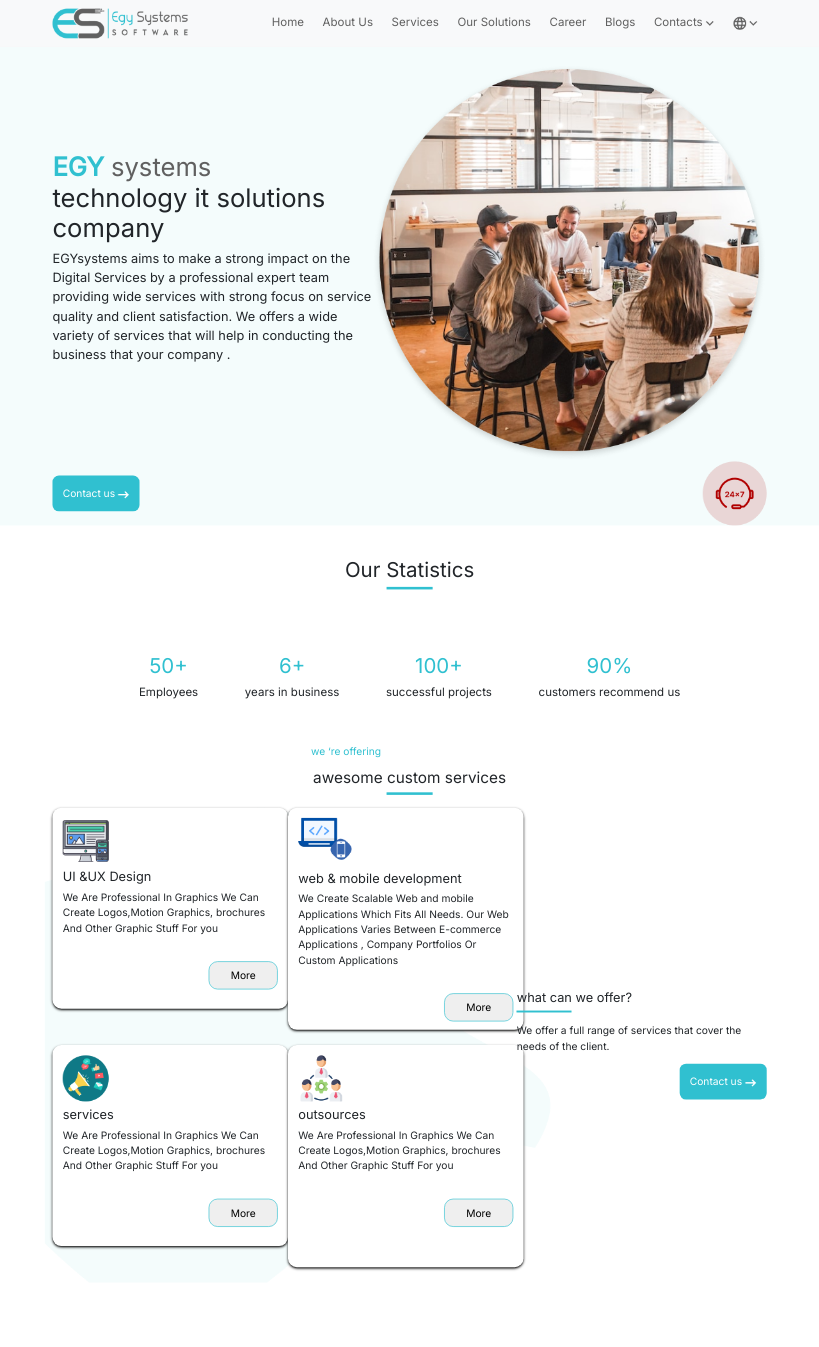
Repository: hamdyAbdelazeim/Egysystem-Home
Page: index.html
The author's editor kept a copy of each file at every save. The page is drawn from the files as they stood at one save, then again after a run of saves.
The browser window is 1280 px wide. The pictures show the whole page, at 64% of full size.

Above is the page before, as saved 2023-07-13 10:53:18.

### index.html
<!DOCTYPE html>
<html lang="en">
  <head>
    <meta charset="UTF-8" />
    <meta name="viewport" content="width=device-width, initial-scale=1.0" />
    <title>Egy Systems</title>
    <!-- google fonts  -->
    <link rel="preconnect" href="https://fonts.googleapis.com" />
    <link rel="preconnect" href="https://fonts.gstatic.com" crossorigin />
    <link
      href="https://fonts.googleapis.com/css2?family=Inter&display=swap"
      rel="stylesheet"
    />
    <!-- bootstrap -->
    <link rel="stylesheet" href="/css/bootstrap.min.css" />
    <!-- css file  -->
    <link rel="stylesheet" href="/css/style.css" />
    <link rel="stylesheet" href="/css/responsive.css" />
  </head>
  <body>
    <!-- starting  Navbar  -->
    <nav class="navbar-cust navbar navbar-expand-lg bg-light fixed-top">
      <div class="container">
        <a href="#" class="navbar-brand"
          ><img src="/assets/logo 1.png" class="logo-img" alt="logo "
        /></a>

        <button
          class="navbar-toggler"
          type="button"
          data-bs-toggle="collapse"
          data-bs-target="#navmenu"
          style="border: none; box-shadow: none"
        >
          <span class="navbar-toggler-icon"
            ><img
              width="45"
              style="padding: 0.5rem"
              src="https://upload.wikimedia.org/wikipedia/commons/thumb/b/b2/Hamburger_icon.svg/120px-Hamburger_icon.svg.png"
              alt=""
          /></span>
        </button>

        <div class="collapse navbar-collapse" id="navmenu">
          <ul class="navbar-nav cust-ul">
            <li class="nav-item">
              <a href="#Home" class="nav-link cust-link">Home</a>
            </li>
            <li class="nav-item">
              <a href="#About" class="nav-link cust-link">About Us</a>
            </li>
            <li class="nav-item">
              <a href="#Services" class="nav-link cust-link">Services</a>
            </li>
            <li class="nav-item">
              <a href="#Solutions" class="nav-link cust-link">Our Solutions </a>
            </li>
            <li class="nav-item">
              <a href="#Career" class="nav-link cust-link">Career</a>
            </li>
            <li class="nav-item">
              <a href="#Blogs" class="nav-link cust-link">Blogs</a>
            </li>
            <li class="nav-item">
              <a href="" class="nav-link cust-link"
                >Contacts <img src="/assets/Vector.png" alt="vector"
              /></a>
            </li>
            <li class="nav-item">
              <a href="" class="nav-link language-icon"
                ><img src="/assets/language.png" alt="language" />
                <img src="/assets/Vector.png" alt=""
              /></a>
            </li>
          </ul>
        </div>
      </div>
    </nav>
    <!-- Ending Navbar  -->
    <!-- Home section  -->
    <div class="Home" id="Home">
      <div
        class="container Home-up d-flex justify-content-center align-items-center"
      >
        <div class="Home-left">
          <h1>
            <strong class="Egy">EGY</strong>
            <span class="system">systems</span> <br />technology it solutions<br />
            company
          </h1>
          <p>
            EGYsystems aims to make a strong impact on the Digital Services by a
            professional expert team providing wide services with strong focus
            on service quality and client satisfaction. We offers a wide variety
            of services that will help in conducting the business that your
            company .
          </p>
        </div>
        <img src="/assets/Ellipse 34.png" alt="" />
      </div>
      <div class="container d-flex justify-content-between align-items-center">
        <button class="contactUs-btn">
          Contact us <img src="/assets/Vector (right).png" alt="" />
        </button>
        <!-- <div>
          <img src="/assets/slider-left.png" alt="" /> 1/4
          <img src="/assets/slider-right.png" alt="" />
        </div> -->
        <img src="/assets//chat.png" alt="chat" />
      </div>
    </div>
    <!-- Ending Home  section  -->
    <!-- our statistics Section  -->
    <section class="our-statistics container w-100">
      <div class="statistics-up text-center">
        <h2>Our Statistics</h2>
        <p></p>
      </div>
      <div
        class="statistics-down d-flex align-items-center justify-content-between"
      >
        <div class="text-center">
          <h4>50+</h4>
          <p>Employees</p>
        </div>
        <div class="text-center">
          <h4>6+</h4>
          <p>years in business</p>
        </div>
        <div class="text-center">
          <h4>100+</h4>
          <p>successful projects</p>
        </div>
        <div class="text-center">
          <h4>90%</h4>
          <p>customers recommend us</p>
        </div>
      </div>
    </section>
    <!-- Ending our statistics  -->
    <!--  services   -->

    <!--  Ending services   -->
    <section class="services" id="services">
      <div class="service-up container">
        <p class="p-up">we ‘re offering</p>
        <h4 class="text-center">awesome custom services</h4>
        <p class="border-cust"></p>
      </div>
      <div class="service-down container d-flex align-items-center">
        <div class="service-down-left">
          <div class="service-item">
            <img src="/assets/service-item-1.png" alt="service-item-1" />
            <h5 class="mt-2">UI &UX Design</h5>
            <p>
              We Are Professional In Graphics We Can Create Logos,Motion
              Graphics, brochures And Other Graphic Stuff For you
            </p>
            <button>More</button>
          </div>
          <div class="service-item service-item-cust">
            <img src="/assets/service-item-2.png" alt="service-item-1" />
            <h5 class="mt-2">web & mobile development</h5>
            <p>
              We Create Scalable Web and mobile Applications Which Fits All
              Needs. Our Web Applications Varies Between E-commerce Applications
              , Company Portfolios Or Custom Applications
            </p>
            <button>More</button>
          </div>
          <div class="service-item">
            <img src="/assets/service-item-3.png" alt="service-item-1" />
            <h5 class="mt-2">services</h5>
            <p>
              We Are Professional In Graphics We Can Create Logos,Motion
              Graphics, brochures And Other Graphic Stuff For you
            </p>
            <button>More</button>
          </div>
          <div class="service-item service-item-cust">
            <img src="/assets/service-item-4.png" alt="service-item-1" />
            <h5 class="mt-2">outsources</h5>
            <p>
              We Are Professional In Graphics We Can Create Logos,Motion
              Graphics, brochures And Other Graphic Stuff For you
            </p>
            <button>More</button>
          </div>
        </div>
        <div class="service-down-right">
          <h5>what can we offer?</h5>
          <p class="border-p"></p>
          <p>
            We offer a full range of services that cover the needs of the
            client.
          </p>
          <button class="contactUs-btn float-end">
            Contact us <img src="/assets/Vector (right).png" alt="" />
          </button>
        </div>
      </div>
    </section>
    <!-- bootstrap js file  -->
    <script src="/js/bootstrap.bundle.min.js"></script>
  </body>
</html>

### css/style.css
/* setting my css roots  */

body {
  font-family: 'Inter', sans-serif;
}

:root {
  --primary: #30c0d0;
  --secondary: #606060;
  --third-party: #131313;
}

/* navbar  */
.cust-ul {
  width: 100%;
  justify-content: space-around;
  margin-left: 100px;
}

.cust-link {
  font-size: 18px;
  font-weight: 500;
  line-height: 22px;
  letter-spacing: 0em;
  text-align: left;
  color: var(--secondary);
  padding-bottom: 0.5rem;
}
.cust-link :hover {
  color: var(--primary) !important;
}
.nav-link:focus,
.nav-link:hover {
  color: var(--primary) !important;
  border-bottom: 2px solid var(--primary) !important;
  font-size: 20px;
}

.cust-link:active {
  color: var(--primary) !important;
  color: var(--primary) !important;
  border-bottom: 2px solid var(--primary) !important;
  font-size: 20px;
}

.language-icon {
  border-bottom: none !important;
  font-size: 12px !important;
}
/* Ending Navbar  */

/* Home Section  */
.Home {
  padding-top: 100px;
  background-color: #f4fcfc;
}

.Egy {
  color: var(--primary);
}
.system {
  color: var(--secondary);
}
.Home-left p {
  font-size: 20px;
}
.contactUs-btn {
  background-color: var(--primary);
  color: white;
  border: none;
  padding: 16px;
  border-radius: 10px;
  -webkit-border-radius: 10px;
  -moz-border-radius: 10px;
  -ms-border-radius: 10px;
  -o-border-radius: 10px;
}

/* Ending Home Section  */

/* our statistics Section  */

.our-statistics {
  width: 100%;
}
.statistics-up,
.statistics-down {
  padding-top: 50px;
  padding-bottom: 50px;
  width: 846px;
  margin: auto;
}
.statistics-up p {
  width: 72px;
  margin: auto;
  border-bottom: 4px solid var(--primary);
}
.statistics-down h4 {
  color: var(--primary);
  font-size: 32px;
}
.statistics-down p {
  font-size: 18px;
}

/* services */
.services {
  width: 100%;
}
.services .service-up {
  width: 332px;
  margin: auto;
  padding-bottom: 20px;
}
.services .service-up .p-up {
  text-align: start;
  font-size: 16px;
  color: var(--primary);
}

.services.service-up h4 {
  color: var(--third-party);
  font-size: 32px;
}
.services .service-up .border-cust {
  width: 72px;
  margin: auto;
  border-bottom: 4px solid var(--primary);
}

.service-down {
  background-image: url('/assets/Ellipse\ 53.png');
  background-repeat: no-repeat;
  margin-bottom: 100px;
}
.service-down .service-down-left {
  width: 65%;
  display: grid;
  grid-template-columns: auto auto;
}
.service-down .service-down-left .service-item {
  width: 368px;
  height: 314px;
  background-color: #ffffff;
  box-shadow: 0px 2px 4px 0px #000000;
  border-radius: 14px;
  -webkit-border-radius: 14px;
  -moz-border-radius: 14px;
  -ms-border-radius: 14px;
  -o-border-radius: 14px;
  padding: 1rem;
  margin-bottom: 1.5rem;
}
.service-down .service-down-left .service-item button {
  width: 108px;
  height: 44px;
  border: 1px solid var(--primary);
  padding: 0px, 16px, 0px, 16px;
  gap: 8px;
  border-radius: 14px;
  -webkit-border-radius: 14px;
  -moz-border-radius: 14px;
  -ms-border-radius: 14px;
  -o-border-radius: 14px;
  float: right;
  margin-top: 1.5rem;
}

.service-item-cust {
  height: 347px !important;
  margin-bottom: 1.5rem !important;
}

.border-p {
  width: 86px;
  border-bottom: 3px solid var(--primary);
}

### css/responsive.css
@media only screen and (max-width: 1280px) {
  .service-down{

  }
}
@media only screen and (max-width: 1025px) {
  .cust-link {
    font-size: 15px !important;
  }
}
@media only screen and (max-width: 1000px) {
  /* navbar */
  .cust-ul {
    margin-left: 0;
  }
  .cust-link {
    font-size: 18px;
  }
  /* HOME section  */
  .Home-up {
    flex-wrap: wrap;
  }

  .Home-up img {
    width: 90%;
  }
  /* Our Statistics */
  .statistics-up,
  .statistics-down {
    width: 100%;
  }
}

@media only screen and (max-width: 600px) {
  /* Our Statistics */
  .statistics-down {
    flex-direction: column;
  }
}

@media only screen and (max-width: 280px) {
  .logo-img {
    width: 160px;
  }
}

Loaded but not shown: css/bootstrap.min.css (library); js/bootstrap.bundle.min.js (library)

After the next 3 saves:
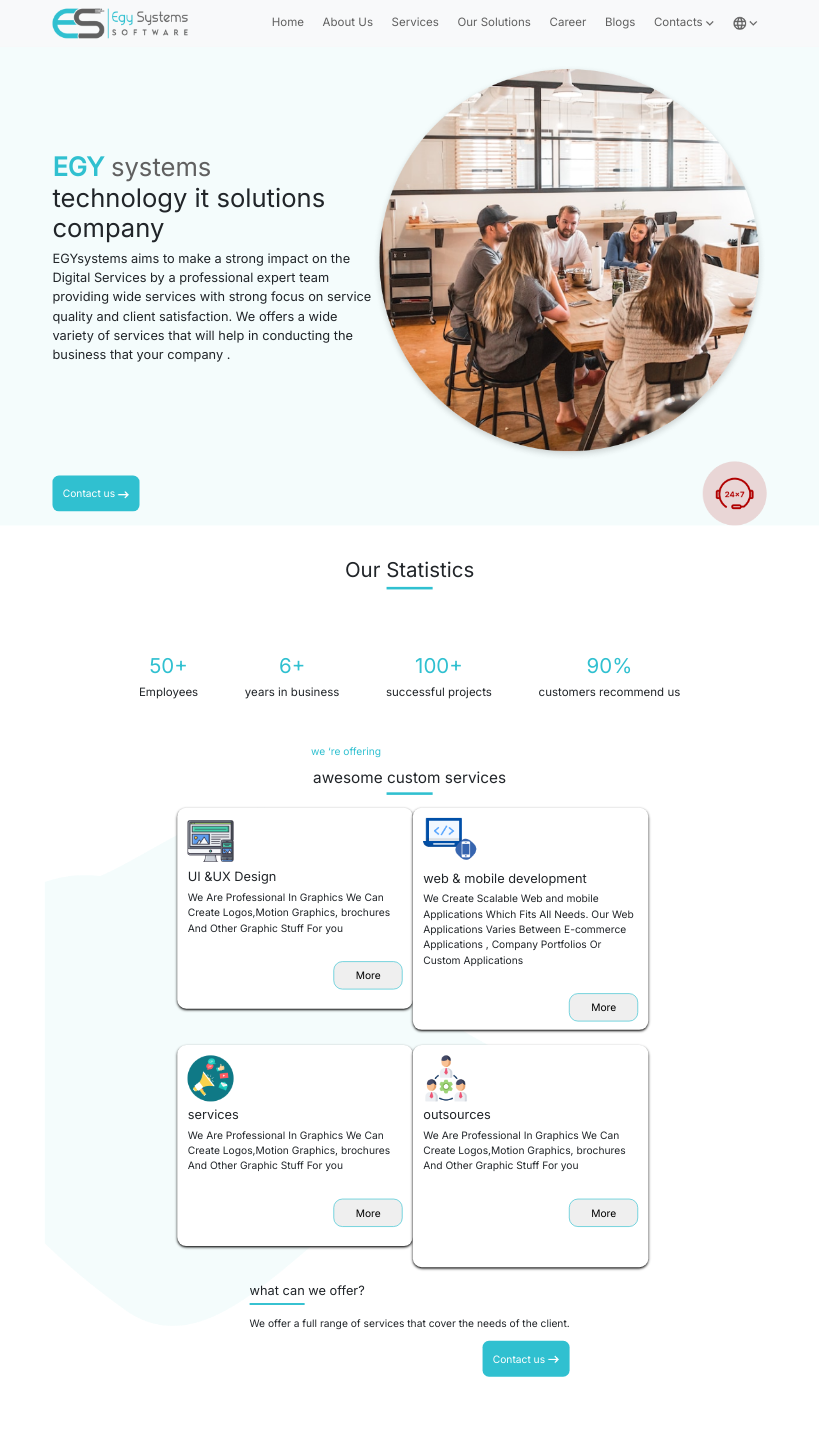
The 3 saves are shown as one change because they came seconds apart.
The last was saved 9 s later.
--- a/css/responsive.css
+++ b/css/responsive.css
@@ -1,6 +1,6 @@
 @media only screen and (max-width: 1280px) {
-  .service-down{
-
+  .service-down {
+    flex-direction: column;
   }
 }
 @media only screen and (max-width: 1025px) {
